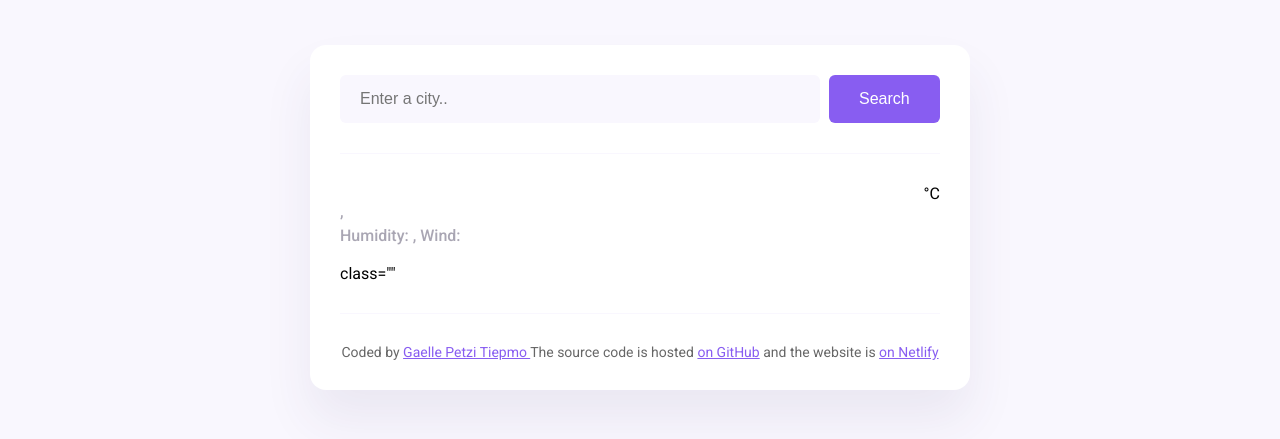
Repository: OnwardForward/meteo.by.gaelle
Page: meteo.appbygaelle.html
The author's editor kept a copy of each file at every save. The page is drawn from the files as they stood at one save, then again after a run of saves.
The browser window is 1280 px wide. The pictures show the whole page.
The page's requests for data from a server got no answer. Some web libraries are served in a nearby version.

Above is the page before, as saved 2024-04-22 18:30:57.
Console error: TypeError: Cannot set properties of null (setting 'innerHTML')

### meteo.appbygaelle.html
<!DOCTYPE html>
<html lang="en">
  <head>
    <meta charset="UTF-8" />
    <meta name="viewport" content="width=device-width, initial-scale=1.0" />
    <link rel="preconnect" href="https://fonts.googleapis.com" />
    <link rel="preconnect" href="https://fonts.gstatic.com" crossorigin />
    <link
      href="https://fonts.googleapis.com/css2?family=Roboto:ital,wght@0,100;0,300;0,400;0,500;0,700;0,900;1,100;1,300;1,400;1,500;1,700;1,900&display=swap"
      rel="stylesheet"
    />
    <link rel="stylesheet" href="src\styles.css" />
    <script src="https://cdn.jsdelivr.net/npm/axios@1.1.2/dist/axios.min.js"></script>
    <title>Meteo App</title>
  </head>
  <body>
    <div class="weather-app">
      <header>
        <form class="search-form" id="search-form">
          <input
            type="search"
            placeholder="Enter a city.."
            required
            id="search-form-input"
            class="search-form-input"
          />
          <input type="submit" value="Search" class="search-form-button" />
        </form>
      </header>
      <main>
        <div class="weather-app-data">
          <div>
            <h1 class="weather-app-city" id="city"></h1>
            <p class="weather-app-details">
              <span id="time"></span>,
              <span id="description"></span>
              <br />
              Humidity: <strong id="humidity"></strong>, Wind:
              <strong id="wind-speed"></strong>
            </p>
          </div>
          <div class="weather-app-temperature-container">
            <div id="icon"></div>
            <div class="weather-app-temperature" id="temperature"></div>
            <div class="weatehr-app-unit">°C</div>
          </div>
        </div>
        <div> class=""</div>
      </main>

      <footer>
        Coded by <a href="https://github.com/OnwardForward" target="_blank"> Gaelle Petzi Tiepmo </a>
        The source code is hosted <a href="https://github.com/OnwardForward/meteo.by.gaelle" target="_blank">on GitHub</a>
        and the website is <a href="https://meteo-by-gaellept.netlify.app" target="_blank"> on Netlify</a>

      </footer>
    </div>
    <script src="src/index.js"></script>
  </body>
</html>

### src/styles.css
body {
  background-color: #f9f7fe;
  font-family: "Roboto", sans-serif;
}

a {
  color: #885df1;
}

.weather-app {
  background: white;
  max-width: 600px;
  margin: 45px auto;
  box-shadow: 0 30px 50px rgba(65, 50, 100, 0.08);
  border-radius: 16px;
  padding: 30px;
}

header {
  border-bottom: 1px solid #f9f7fe;
  padding: 0 0 30px 0;
}

.search-form-input {
  background-color: #f9f7fe;
  border: none;
  border-radius: 6px;
  width: 80%;
  font-size: 16px;
  padding: 15px 20px;
}

.search-form-button {
  background: #885df1;
  padding: 15px 30px;
  border: none;
  font-size: 16px;
  margin-left: 5px;
  border-radius: 6px;
  color: white;
}

main {
  padding: 30px 0;
}

.weather-app-data {
  display: flex;
  justify-content: space-between;
}

.weather-app-city {
  margin: 0;
  font-size: 38px;
  line-height: 48px;
}

.weather-app-details {
  font-size: 16px;
  color: rgba(39, 33, 66, 0.4);
  line-height: 24px;
  font-weight: 500;
}

.weather-app-details strong {
  color: #f65282;
}

.weather-app-temperature-container {
  display: flex;
}

.weather-app-icon {
  width: 88px;
  height: 88px;
}

.weather-app-temperature {
  font-size: 88px;
  line-height: 88px;
  font-weight: bold;
}

.weather-app-unit {
  margin-top: 6px;
  font-size: 28px;
}

footer {
  border-top: 1px solid #f9f7fe;
  padding: 30px 0 0 0;
  text-align: center;
  font-size: 14px;
  color: rgba(0, 0, 0, 0.6);
}

### src/index.js
function refreshWeather(response) {
  let temperatureElement = document.querySelector("#temperature");
  let temperature = response.data.temperature.current;
  let cityElement = document.querySelector("#city");
  let descriptionElement = document.querySelector("#description");
  let humidityElement = document.querySelector("#humidity");
  let windSpeedElement = document.querySelector("#wind-speed");
  let timeElement = document.querySelector("#time");
  let date = new Date(response.data.time * 1000);
  let iconElement = document.querySelector("#icon");

  cityElement.innerHTML = response.data.city;
  timeElement.innerHTML = formatDate(date);
  descriptionElement.innerHTML = response.data.condition.description;
  humidityElement.innerHTML = `${response.data.temperature.humidity}%`;
  windSpeedElement.innerHTML = `${response.data.wind.speed}km/h`;
  temperatureElement.innerHTML = Math.round(temperature);
  iconElement.innerHTML = `<img src="${response.data.condition.icon_url}" class="weather-app-icon" />`;
}

function formatDate(date) {
  let minutes = date.getMinutes();
  let hours = date.getHours();
  let days = [
    "Sunday",
    "Monday",
    "Tuesday",
    "Wednesday",
    "Thursday",
    "Friday",
    "Saturday",
  ];
  let day = days[date.getDay()];

  if (minutes < 10) {
    minutes = `0${minutes}`;
  }

  return `${day} ${hours}:${minutes}`;
}

function searchCity(city) {
  let apiKey = "b2a5adcct04b33178913oc335f405433";
  let apiUrl = `https://api.shecodes.io/weather/v1/current?query=${city}&key=${apiKey}`;
  axios.get(apiUrl).then(refreshWeather);
}

function handleSearchSubmit(event) {
  event.preventDefault();
  let searchInput = document.querySelector("#search-form-input");

  searchCity(searchInput.value);
}

function displayForecast() {
  let days = ["Tue", "Wed", "Thu", "Fri", "Sat"];
  let forecastHtml = "";

  days.forEach(function (day) {
    forecastHtml =
      forecastHtml +
      `
      <div class="weather-forecast-day">
        <div class="weather-forecast-date">${day}</div>
        <div class="weather-forecast-icon">🌤️</div>
        <div class="weather-forecast-temperatures">
          <div class="weather-forecast-temperature">
            <strong>15º</strong>
          </div>
          <div class="weather-forecast-temperature">9º</div>
        </div>
      </div>
    `;
  });

  let forecastElement = document.querySelector("#forecast");
  forecastElement.innerHTML = forecastHtml;
}

let searchFormElement = document.querySelector("#search-form");
searchFormElement.addEventListener("submit", handleSearchSubmit);

searchCity("Houston");
displayForecast();

After the next 2 saves:
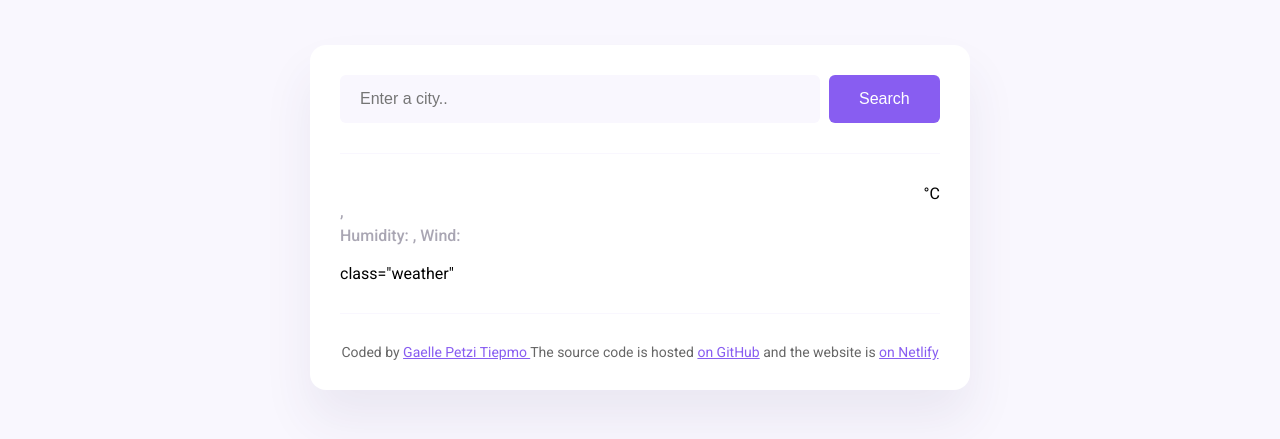
The 2 saves are shown as one change because they came seconds apart.
The last was saved 6 s later.
--- a/meteo.appbygaelle.html
+++ b/meteo.appbygaelle.html
@@ -45,7 +45,7 @@
             <div class="weatehr-app-unit">°C</div>
           </div>
         </div>
-        <div> class=""</div>
+        <div> class="weather"</div>
       </main>
 
       <footer>
